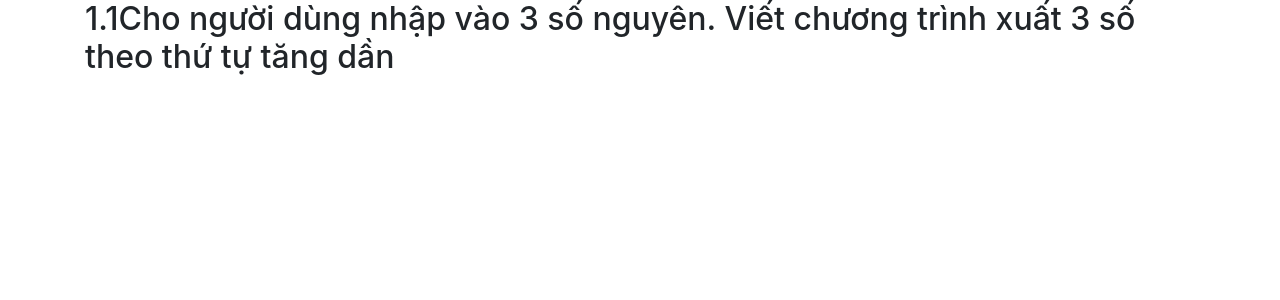
Repository: baobaodeveloper/bootscamp21__jsbasic__HuynhAnhBao
Page: index.html
An editor plug-in stored every save of this project. The page is shown before and after the next save, followed by the edit.
The browser window is 1280 px wide. The pictures show the whole page.

Above is the page before, as saved 2022-03-09 22:57:31.

After the next save:
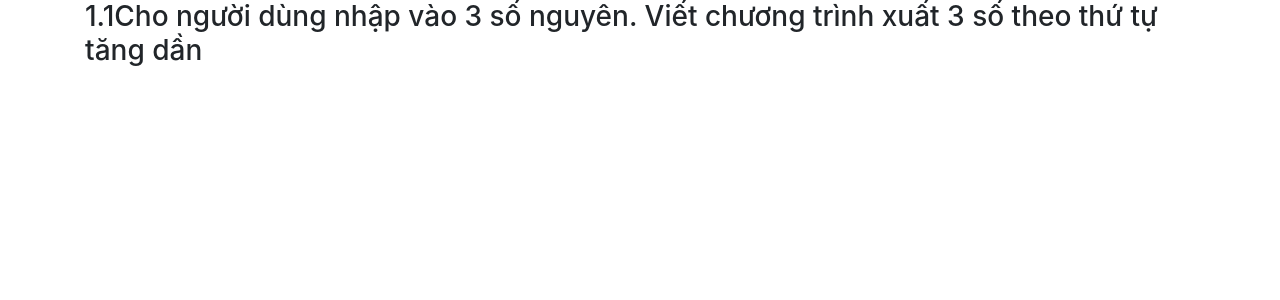
Saved 32 s later.
--- a/index.html
+++ b/index.html
@@ -19,10 +19,10 @@
   </head>
   <body>
     <div class="container">
-      <h2>
+      <h3>
         1.1Cho người dùng nhập vào 3 số nguyên. Viết chương trình xuất 3 số theo
         thứ tự tăng dần
-      </h2>
+      </h3>
     </div>
     <!-- Optional JavaScript -->
     <!-- jQuery first, then Popper.js, then Bootstrap JS -->
